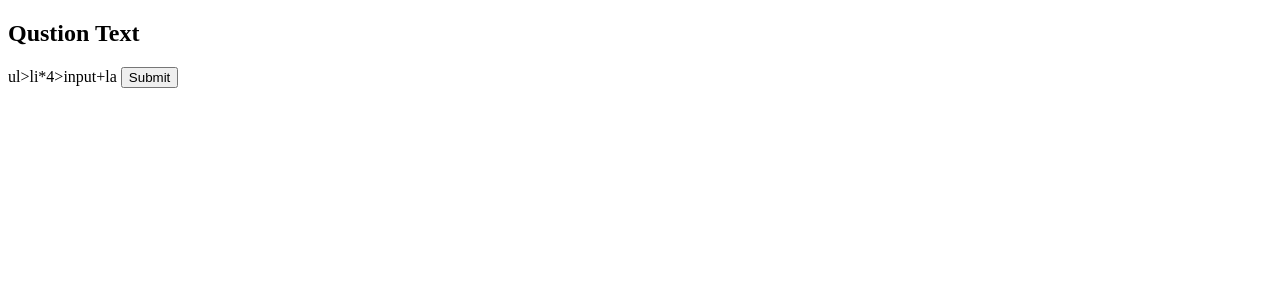
Repository: Abhi2359/Intermediate-projects
Page: Quiz App/index.html
An editor plug-in stored every save of this project. The page is shown before and after a run of saves, followed by the edit.
The browser window is 1280 px wide. The pictures show the whole page.

Above is the page before, as saved 2023-01-31 12:57:42.

After the next 2 saves:
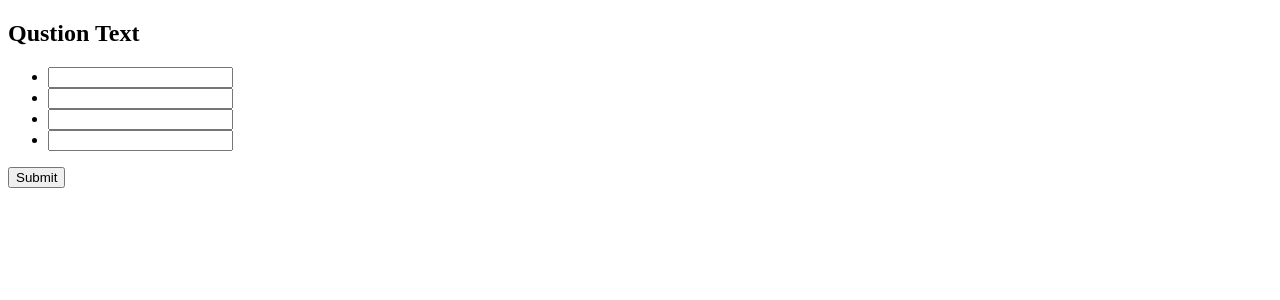
The 2 saves are shown as one change because they came seconds apart.
The last was saved 9 s later.
--- a/Quiz App/index.html
+++ b/Quiz App/index.html
@@ -9,7 +9,12 @@
   <body>
     <div class="quiz-container">
         <h2>Qustion Text</h2>
-        ul>li*4>input+la
+        <ul>
+            <li><input type="text"><label for=""></label></li>
+            <li><input type="text"><label for=""></label></li>
+            <li><input type="text"><label for=""></label></li>
+            <li><input type="text"><label for=""></label></li>
+        </ul>
         <button>Submit</button>
     </div>
   </body>
